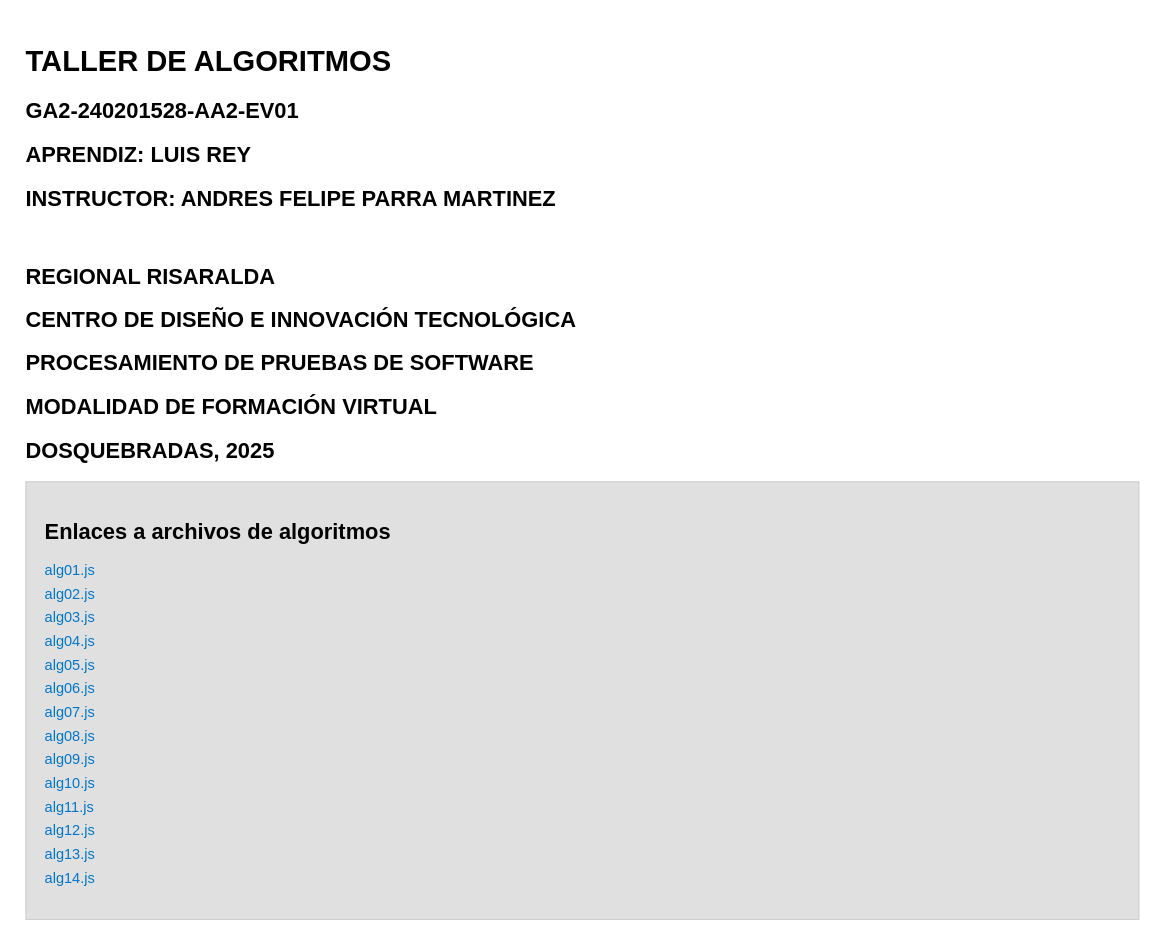
Repository: rlhardrock/SENATallerAlgoritmos01
Page: algoritmo.html
These files come from the project's save history. The page is drawn as it stood at one moment and after a run of saves; the edit follows.
The browser window is 1280 px wide. The pictures show the whole page, at 91% of full size.

Above is the page before, as saved 2025-04-23 16:23:40.

### algoritmo.html
<!DOCTYPE html>
<html lang="es">
<head>
  <meta charset="UTF-8">
  <title>Portada y Enlaces a Algoritmos</title>
  <style>
    .contenedor {
      display: flex;
      gap: 20px;
    }
    .caja {
      flex: 1;
      padding: 20px;
      background-color: #e0e0e0;
      border: 1px solid #ccc;
    }
    body {
      font-family: Arial, sans-serif;
      padding: 20px;
    }
    ul {
      list-style: none;
      padding-left: 0;
    }
    li {
      margin: 8px 0;
    }
    a {
      text-decoration: none;
      color: #0077cc;
    }
    a:hover {
      text-decoration: underline;
    }
  </style>
</head>
<body>
    <div>
        <div>
            <h1>TALLER DE ALGORITMOS</h1>
            <h2>GA2-240201528-AA2-EV01</h2>
            <h2>APRENDIZ: LUIS REY</h2>
            <h2>INSTRUCTOR: ANDRES FELIPE PARRA MARTINEZ</h2>
            <br>
            <h2>REGIONAL RISARALDA</h2>
            <h2>CENTRO DE DISEÑO E INNOVACIÓN TECNOLÓGICA</h2>
            <h2>PROCESAMIENTO DE PRUEBAS DE SOFTWARE</h2>
            <h2>MODALIDAD DE FORMACIÓN VIRTUAL</h2>
            <h2>DOSQUEBRADAS, 2025</h2>
        </div>

        <div class="caja">
            <h2>Enlaces a archivos de algoritmos</h2>
            <ul>
                <li><a href="alg01.js">alg01.js</a></li>
                <li><a href="alg02.js">alg02.js</a></li>
                <li><a href="alg03.js">alg03.js</a></li>
                <li><a href="alg04.js">alg04.js</a></li>
                <li><a href="alg05.js">alg05.js</a></li>
                <li><a href="alg06.js">alg06.js</a></li>
                <li><a href="alg07.js">alg07.js</a></li>
                <li><a href="alg08.js">alg08.js</a></li>
                <li><a href="alg09.js">alg09.js</a></li>
                <li><a href="alg10.js">alg10.js</a></li>
                <li><a href="alg11.js">alg11.js</a></li>
                <li><a href="alg12.js">alg12.js</a></li>
                <li><a href="alg13.js">alg13.js</a></li>
                <li><a href="alg14.js">alg14.js</a></li>
            </ul>
        </div>
    </div>
</body>
</html>

After the next 2 saves:
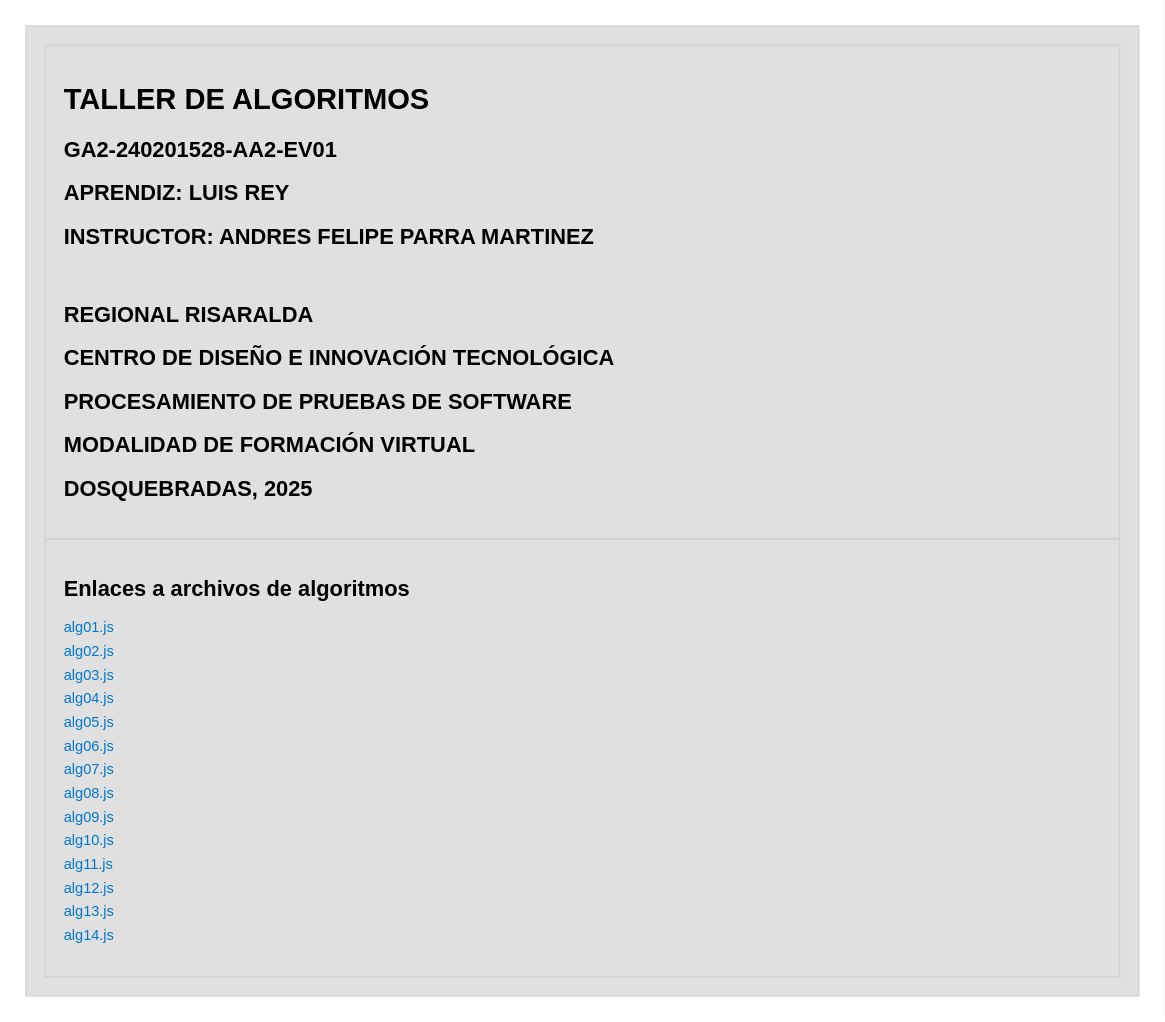
The 2 saves are shown as one change because they came seconds apart.
The last was saved 9 s later.
--- a/algoritmo.html
+++ b/algoritmo.html
@@ -35,8 +35,8 @@
   </style>
 </head>
 <body>
-    <div>
-        <div>
+    <div class="caja">
+        <div class="caja">
             <h1>TALLER DE ALGORITMOS</h1>
             <h2>GA2-240201528-AA2-EV01</h2>
             <h2>APRENDIZ: LUIS REY</h2>
